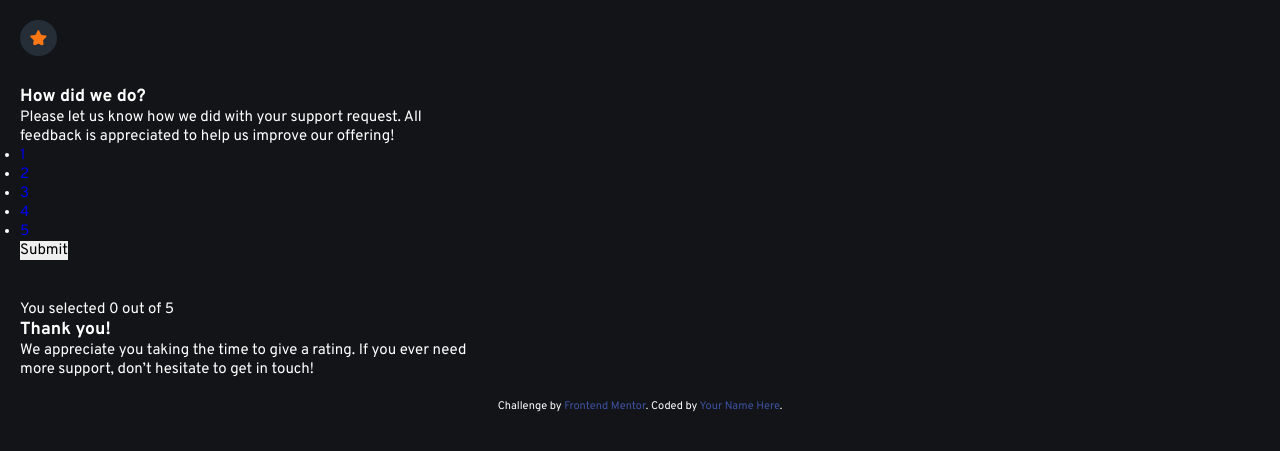
Repository: huynhnhutanhduy/interactive-rating-component
Page: index.html
These files come from the project's save history. The page is drawn as it stood at one moment and after the next save; the edit follows.
The browser window is 1280 px wide. The pictures show the whole page.

Above is the page before, as saved 2022-10-19 09:59:56.

### index.html
<!DOCTYPE html>
<html lang="en">
  <head>
    <meta charset="UTF-8" />
    <meta name="viewport" content="width=device-width, initial-scale=1.0" />
    <!-- displays site properly based on user's device -->
    <link rel="icon" type="image/png" sizes="32x32" href="./images/favicon-32x32.png" />
    <title>Frontend Mentor | Interactive rating component</title>
    <link rel="preconnect" href="https://fonts.googleapis.com" />
    <link rel="preconnect" href="https://fonts.gstatic.com" crossorigin />
    <link
      href="https://fonts.googleapis.com/css2?family=Overpass:wght@400;700&display=swap"
      rel="stylesheet"
    />
    <link rel="stylesheet" href="./app.css" />
  </head>
  <body>
    <main>
      <!-- Rating state start -->
      <article class="rating-container">
        <img src="./images/icon-star.svg" alt="icon-star" class="rating-star" />
        <h3 class="rating-title">How did we do?</h3>
        <p class="rating-desc">
          Please let us know how we did with your support request. All feedback is appreciated
          to help us improve our offering!
        </p>
        <ul class="rating-list">
          <li><a href="#" class="rating-item">1</a></li>
          <li><a href="#" class="rating-item">2</a></li>
          <li><a href="#" class="rating-item">3</a></li>
          <li><a href="#" class="rating-item">4</a></li>
          <li><a href="#" class="rating-item">5</a></li>
        </ul>
        <button type="submit" class="rating-btn">Submit</button>
      </article>
      <!-- Rating state end -->

      <!-- Thank you state start -->
      <article class="rating-container">
        <p class="rating-result">You selected <span>0</span> out of 5</p>
        <!-- Add rating here -->
        <h3 class="rating-title">Thank you!</h3>
        <p class="rating-desc">
          We appreciate you taking the time to give a rating. If you ever need more support,
          don’t hesitate to get in touch!
        </p>
        <!-- Thank you state end -->
      </article>
    </main>

    <footer class="attribution">
      Challenge by
      <a href="https://www.frontendmentor.io?ref=challenge" target="_blank">Frontend Mentor</a
      >. Coded by <a href="#">Your Name Here</a>.
    </footer>

    <script src="./app.js"></script>
  </body>
</html>

### app.css
:root {
  --primary: hsl(25, 97%, 53%);
  --white: hsl(0, 0%, 100%);
  --light-grey: hsl(217, 12%, 63%);
  --medium-grey: hsl(216, 12%, 54%);
  --dark-blue: hsl(213, 19%, 18%);
  --very-dark-blue: hsl(216, 12%, 8%);
}
* {
  margin: 0;
  padding: 0;
  border: 0;
}
*,
*::before,
*::after,
html {
  box-sizing: border-box;
}
html {
  font-size: 62.5%;
}
body {
  font-size: 1.5rem;
  font-family: "Overpass", sans-serif;
  font-weight: normal;
  background-color: var(--very-dark-blue);
  color: var(--white);
}
a {
  text-decoration: none;
}
img {
  display: block;
  max-width: 100%;
}
button {
  outline: none;
  font-size: 1.5rem;
  font-family: "Overpass", sans-serif;
  font-weight: 400;
  cursor: pointer;
}

.attribution {
  font-size: 11px;
  text-align: center;
}
.attribution a {
  color: hsl(228, 45%, 44%);
}

.rating-container {
  max-width: 50rem;
  background-color: var(--very-dark-blue);
  padding: 2rem;
  border-radius: 1rem;
}
.rating-star {
  background-color: var(--dark-blue);
  border-radius: 50%;
  margin-bottom: 3rem;
  padding: 1rem;
}

Loaded but not shown: app.js (no stored copy; drawn as an empty file)

After the next save:
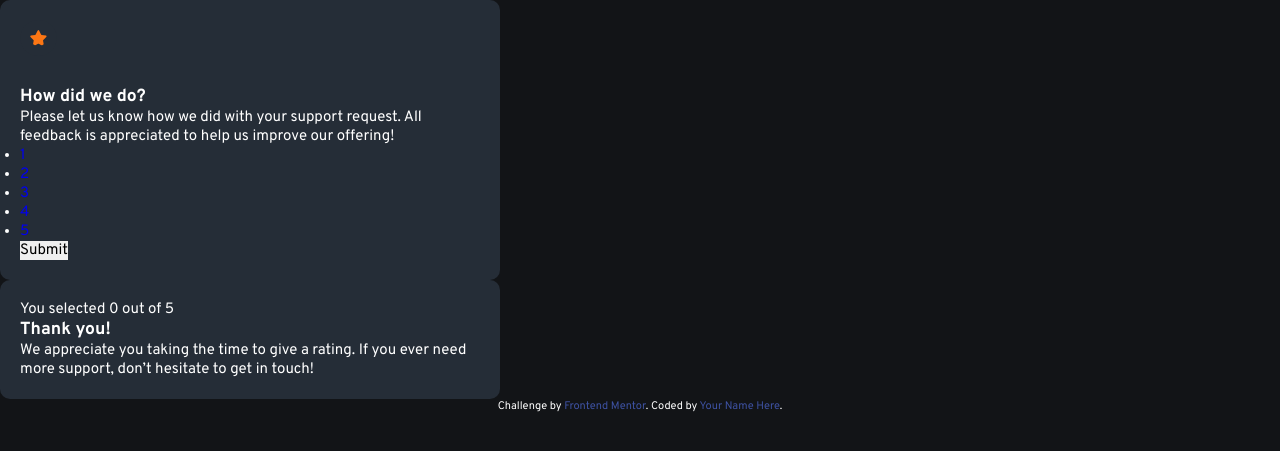
Saved 9 s later.
--- a/app.css
+++ b/app.css
@@ -52,7 +52,7 @@
 
 .rating-container {
   max-width: 50rem;
-  background-color: var(--very-dark-blue);
+  background-color: var(--dark-blue);
   padding: 2rem;
   border-radius: 1rem;
 }

After the save that followed:
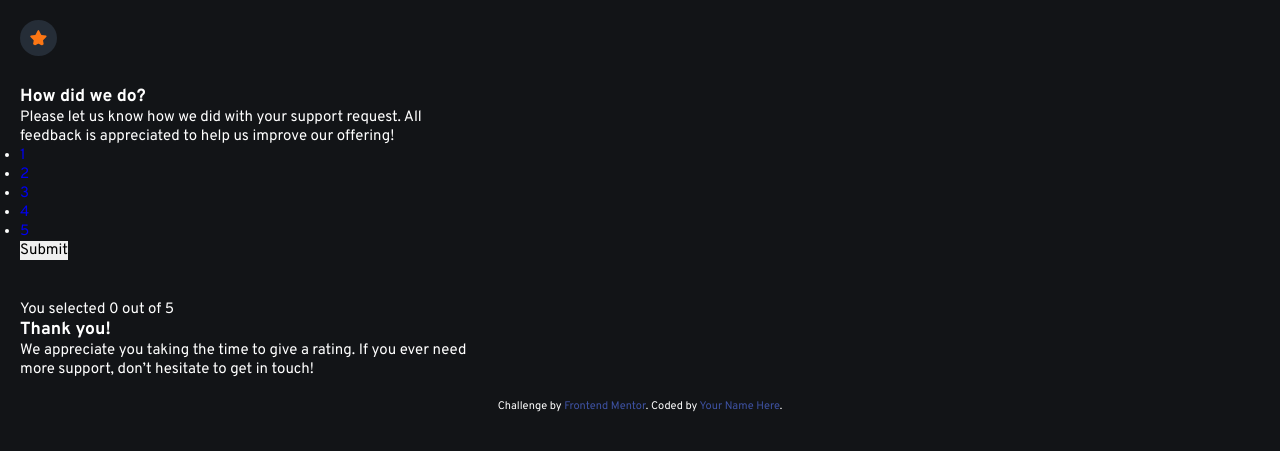
Saved 69 s later.
--- a/app.css
+++ b/app.css
@@ -52,7 +52,7 @@
 
 .rating-container {
   max-width: 50rem;
-  background-color: var(--dark-blue);
+  background-image: linear-gradient(to bottom right);
   padding: 2rem;
   border-radius: 1rem;
 }
